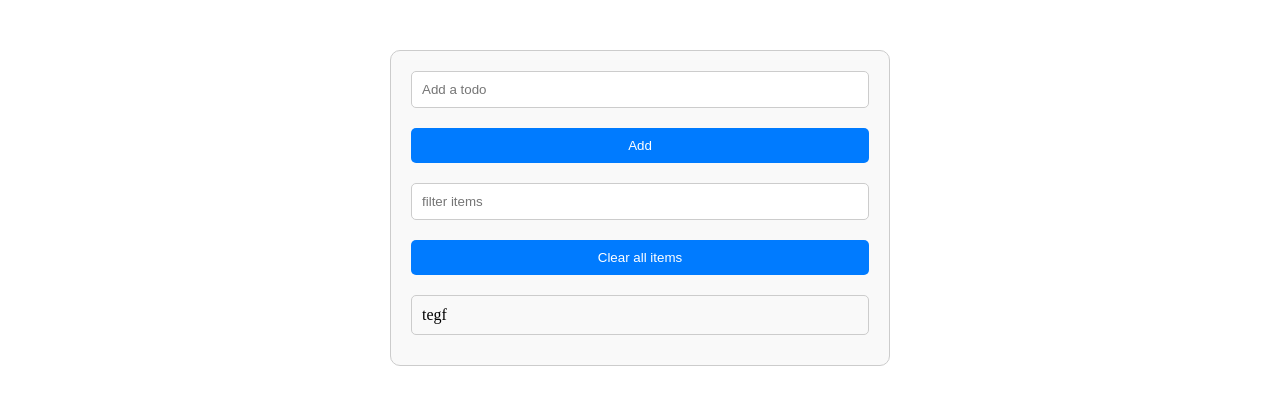
Repository: Fariadd/Vanilla-JS
Page: movieAPI/index.html
These files come from the project's save history. The page is drawn as it stood at one moment and after the next save; the edit follows.
The browser window is 1280 px wide. The pictures show the whole page.

Above is the page before, as saved 2024-10-02 22:08:10.

### movieAPI/index.html
<!DOCTYPE html>
<html lang="en">
  <head>
    <meta charset="UTF-8" />
    <meta name="viewport" content="width=device-width, initial-scale=1.0" />
    <title>Document</title>
    <link rel="stylesheet" href="style.css" />
  </head>
  <body>
    <div class="container">
      <form class="form" action="">
        <input type="text" placeholder="Add a todo" class="input" />
        <button class="btn" type="submit">Add</button>
        <input
          type="text"
          class="input"
          placeholder="filter items"
          id="filter"
        />
        <button id="button" class="btn">Clear all items</button>
      </form>

      <ul class="card-list">
        <li>tegf</li>
      </ul>
    </div>
    <script src="script.js"></script>
  </body>
</html>

### movieAPI/style.css
/* Basic reset */
* {
   margin: 0;
   padding: 0;
   box-sizing: border-box;
 }

 /* Container styling */
 .container {
   max-width: 500px;
   margin: 50px auto;
   padding: 20px;
   border: 1px solid #ccc;
   border-radius: 10px;
   background-color: #f9f9f9;

 }

 /* Form styling */
 .form {
   display: flex;
   flex-direction: column;
   justify-content: space-between;
   margin-bottom: 20px;
  row-gap: 20px;
 }

 .input {
   flex: 1;
   padding: 10px;
   border: 1px solid #ccc;
   border-radius: 5px;
   margin-right: 10px;
   width: 100%;

 }

 .btn {
   padding: 10px 20px;
   border: none;
   background-color: #007bff;
   color: white;
   border-radius: 5px;
   cursor: pointer;
 }

 .btn:hover {
   background-color: #0056b3;
 }

 /* Todo List */
 .card-list {
   list-style-type: none;
 }

 .card-list li {
   padding: 10px;
   border: 1px solid #ccc;
   border-radius: 5px;
   margin-bottom: 10px;
   display: flex;
   justify-content: space-between;
   align-items: center;
 }

 /* Remove button */
 .remove-btn {
   background-color: #dc3545;
   color: white;
   border: none;
   padding: 5px 10px;
   cursor: pointer;
   border-radius: 5px;
 }

 .remove-btn:hover {
   background-color: #c82333;
 }

### movieAPI/script.js
// const apiURL = "https://fakestoreapi.com/products";
// const container = document.querySelector(".container");

// const promice = async () => {
//   try {
//     const res = await fetch(apiURL);
//     if (!res.ok) throw new Error("wrror resp");
//     const data = await res.json();

//     data.forEach((user) => {
//       const div = document.createElement("div");
//       div.classList.add("card");

//       const titleText = document.createElement("h3");
//       titleText.classList.add("title");
//       titleText.textContent = user.title;

//       const img = document.createElement("img");
//       img.classList.add("image");
//       img.src = user.image;

//       div.appendChild(titleText);
//       div.appendChild(img);
//       container.appendChild(div);
//     });
//   } catch (err) {
//     console.log(err.message);
//   }
// };
// promice();

const input = document.querySelector(".input");
const form = document.querySelector(".form");
const cardList = document.querySelector(".card-list");
const filter = document.querySelector("#filter");
const button = document.querySelector("#button");

function displayItemFromStorage() {
  let itemFromStorage = getItemFromStorage();
  itemFromStorage.forEach((item) => {
    createTodo(item); // Reuse the createTodo function to display each item
  });
}

form.addEventListener("submit", (e) => {
  e.preventDefault();

  let inputValue = input.value.trim();
  if (inputValue === "") {
    alert("add a todo");
    return;
  }

  if (existingItem(inputValue)) {
    alert("Item already exists!");
    return;
  }
  createTodo(inputValue);
  addItemToStorage(inputValue);
  checkUI();
  input.value = "";
});
function createTodo(todoText) {
  const li = document.createElement("li");
  li.textContent = todoText;

  const btn = document.createElement("button");
  btn.textContent = "Remove";
  btn.classList.add("remove-btn");

  li.appendChild(btn);

  // Append the new todo item to the list
  cardList.appendChild(li);
}
function addItemToStorage(newItem) {
  let itemFromStorage = getItemFromStorage();
  itemFromStorage.push(newItem);
  localStorage.setItem("item", JSON.stringify(itemFromStorage));
}

function getItemFromStorage() {
  let itemFromStorage;
  if (localStorage.getItem("item") === null) {
    itemFromStorage = [];
  } else {
    itemFromStorage = JSON.parse(localStorage.getItem("item"));
  }
  return itemFromStorage;
}

function removeItemFromStorage(event) {
  if (event.target.classList.contains("remove-btn"))
    if (confirm("Delete")) {
      const li = event.target.parentElement;
      const textItem = li.textContent.replace("Remove", "");
      li.remove(); // remove from ui

      // update local storage
      let itemsFromStorage = getItemFromStorage();
      itemsFromStorage = itemsFromStorage.filter((item) => item !== textItem);
      localStorage.setItem("item", JSON.stringify(itemsFromStorage));
    }
  checkUI();
}

function existingItem(item) {
  let itemFromStorage = getItemFromStorage();
  return itemFromStorage.includes(item);
}

function filterItem(e) {
  const liLists = cardList.querySelectorAll("li");
  const event = e.target.value.toLowerCase();

  liLists.forEach((item) => {
    const text = item.textContent.toLowerCase();
    text.includes(event)
      ? (item.style.display = "flex")
      : (item.style.display = "none");
  });
}

function checkUI() {
  const liLists = cardList.querySelectorAll("li");
  if (liLists.length === 0) {
    filter.style.display = "none";
    button.style.display = "none";
  } else {
    filter.style.display = "block";
    button.style.display = "block";
  }
}

checkUI();
cardList.addEventListener("click", removeItemFromStorage);
filter.addEventListener("input", filterItem);
document.addEventListener("DOMContentLoaded", displayItemFromStorage);

After the next save:
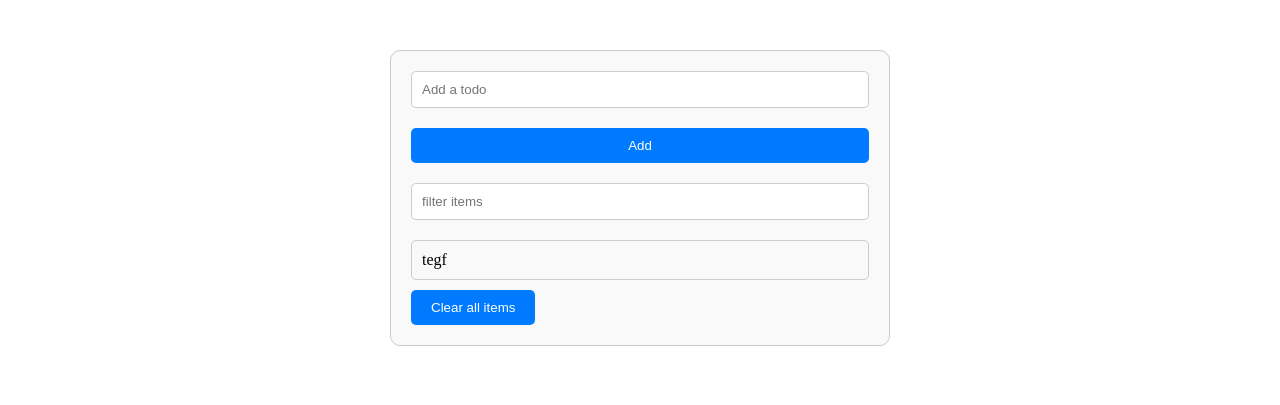
Saved 19 s later.
--- a/movieAPI/index.html
+++ b/movieAPI/index.html
@@ -17,12 +17,12 @@
           placeholder="filter items"
           id="filter"
         />
-        <button id="button" class="btn">Clear all items</button>
       </form>
 
       <ul class="card-list">
         <li>tegf</li>
       </ul>
+      <button id="button" class="btn">Clear all items</button>
     </div>
     <script src="script.js"></script>
   </body>
